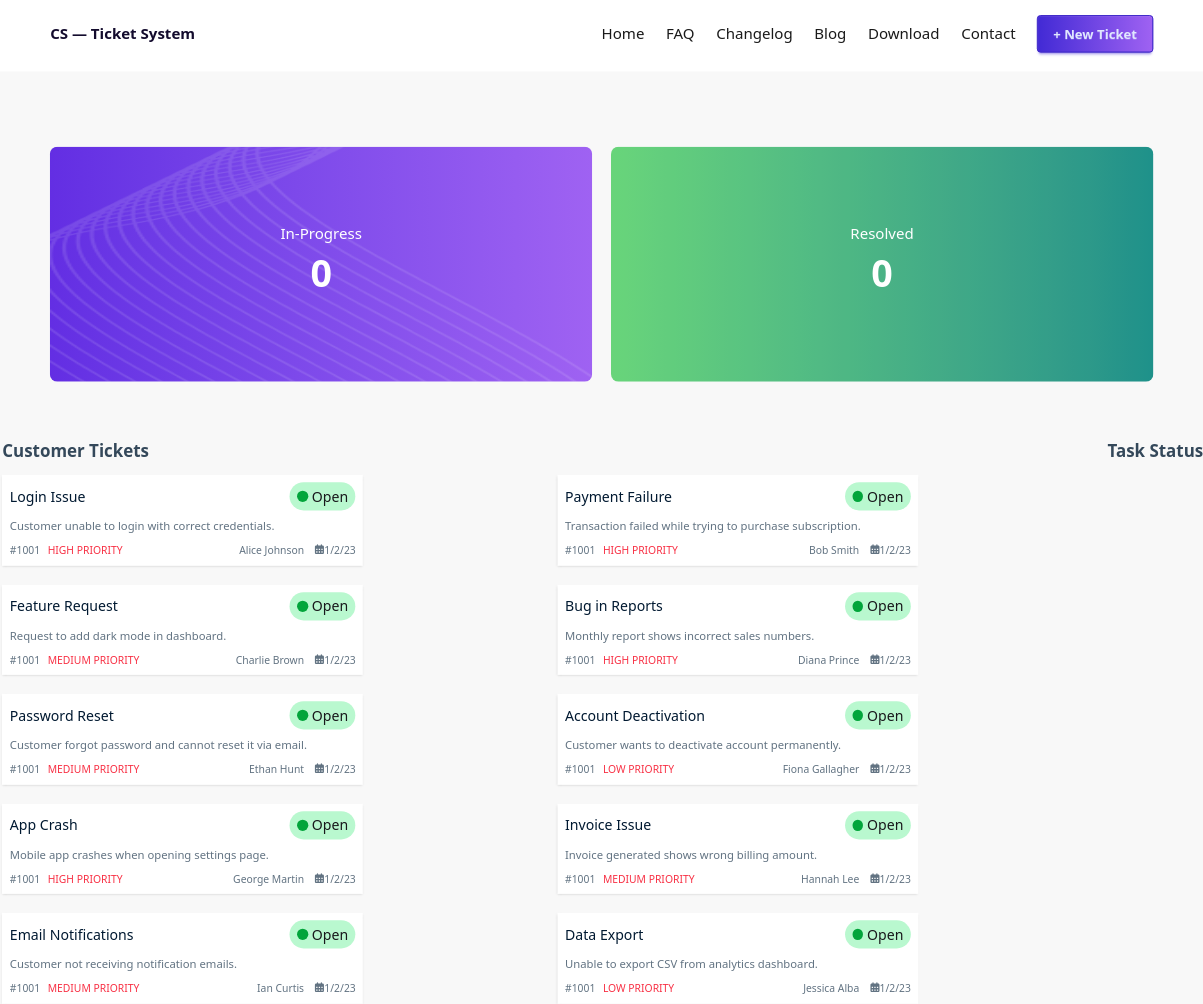
Repository: SanjidaSnigdha/Customer-Support-Zone
Page: /
These files come from the project's save history. The page is drawn as it stood at one moment and after the next save; the edit follows.
The browser window is 1280 px wide. The pictures show the whole page, at 94% of full size.
The project was rebuilt for these pictures with package versions that can differ from the ones it lists, and the page was loaded fresh each time. Also part of the build but not shown: vite.config.js, src/App.css.

Above is the page before, as saved 2026-04-01 12:59:41.

After the next save:
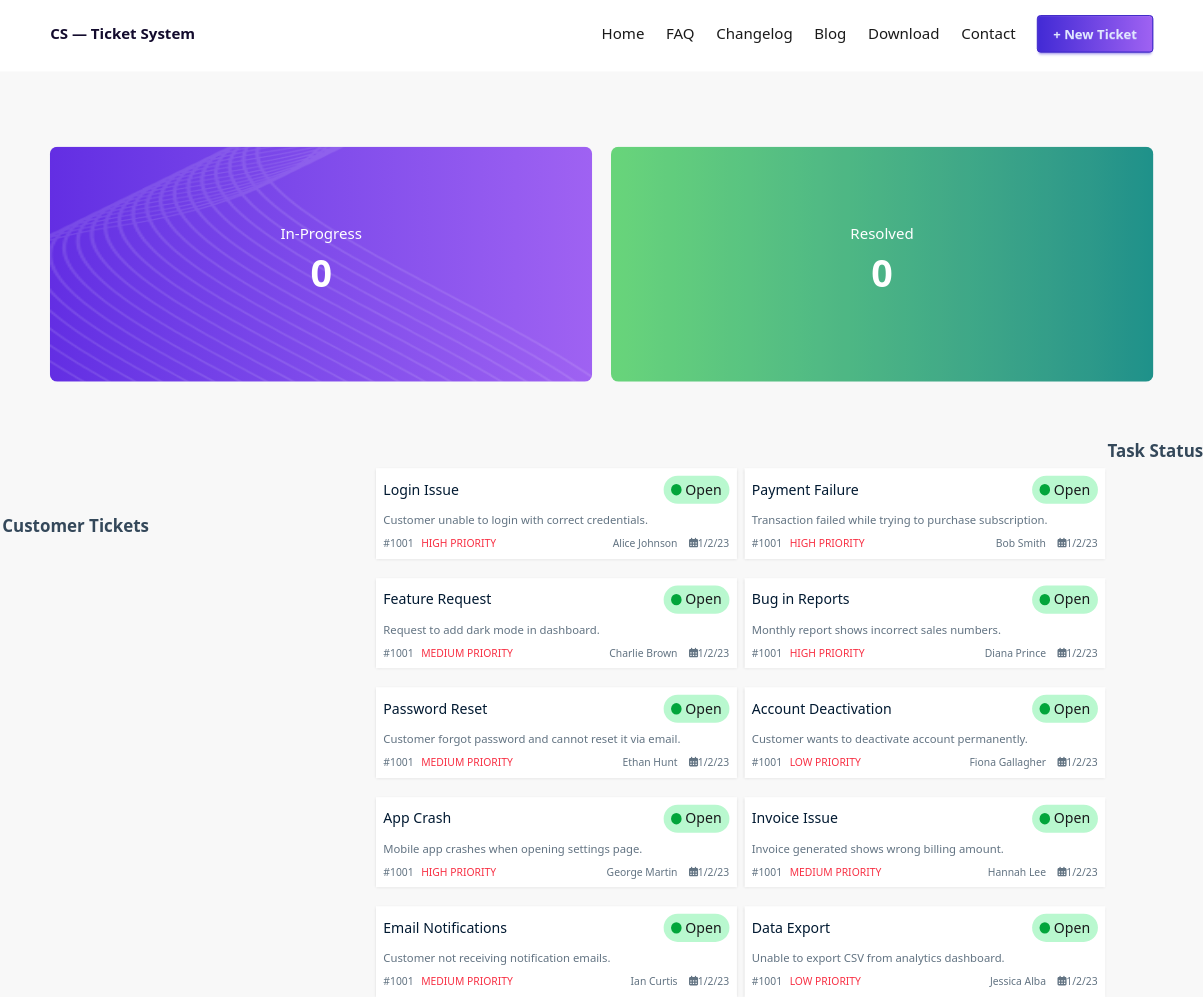
Saved 119 s later.
--- a/src/component/CustomerTickets/CustomerTickets.jsx
+++ b/src/component/CustomerTickets/CustomerTickets.jsx
@@ -6,7 +6,8 @@
     console.log(customerTicket)
 
     return (
-        <div className='w-11/12 mx-auto'>
+                <div className='flex justify-between w-11/12 mx-auto mt-20 gap-5'>
+
          <h1 className='font-semibold text-[#34485A] text-[18px] mt-15'>Customer Tickets</h1>
          <div className='grid md:grid-cols-2 grid-cols-1 gap-2'>
     {

After the save that followed:
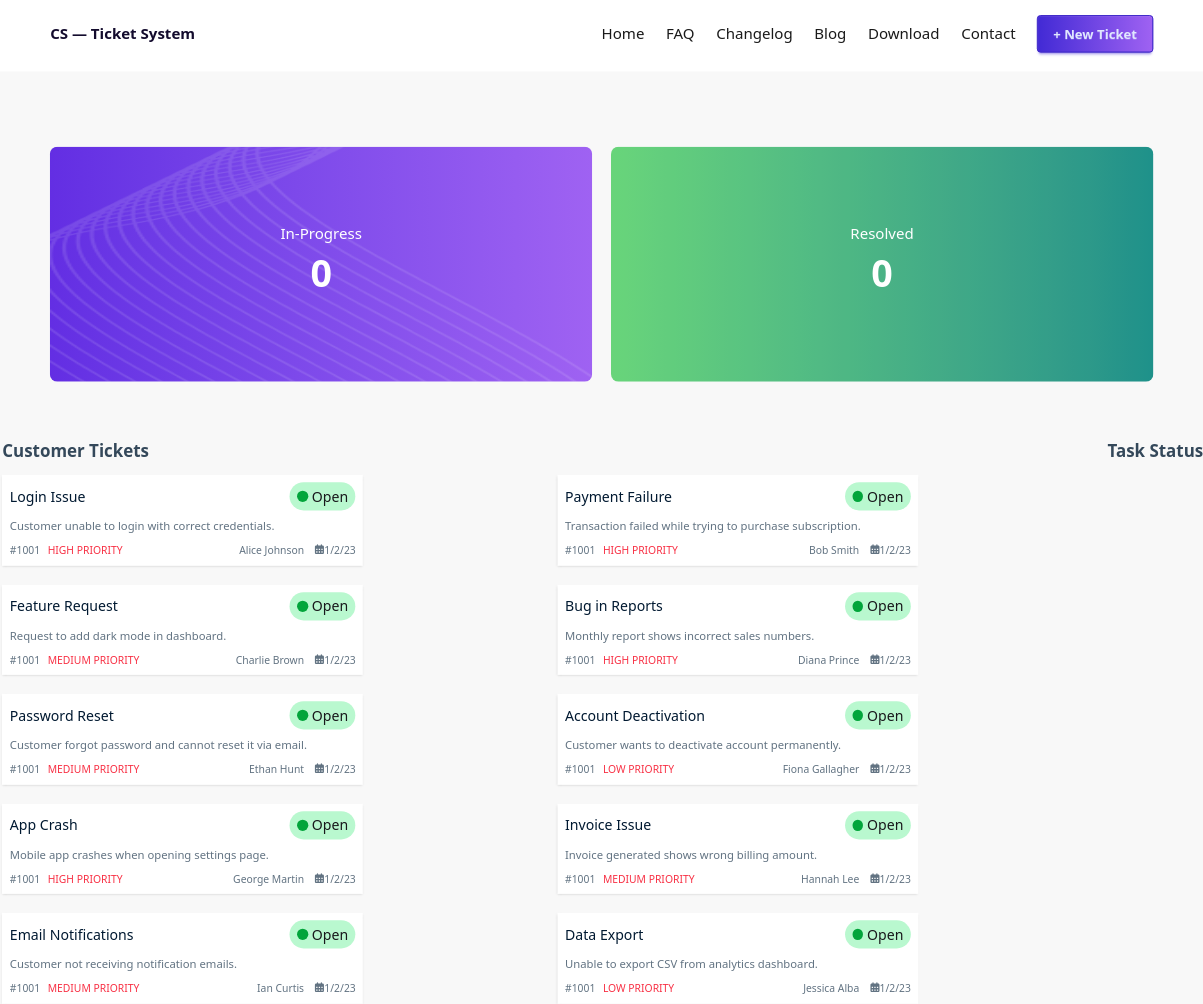
Saved 66 s later.
--- a/src/component/CustomerTickets/CustomerTickets.jsx
+++ b/src/component/CustomerTickets/CustomerTickets.jsx
@@ -6,7 +6,7 @@
     console.log(customerTicket)
 
     return (
-                <div className='flex justify-between w-11/12 mx-auto mt-20 gap-5'>
+                <div className='w-11/12 mx-auto'>
 
          <h1 className='font-semibold text-[#34485A] text-[18px] mt-15'>Customer Tickets</h1>
          <div className='grid md:grid-cols-2 grid-cols-1 gap-2'>
